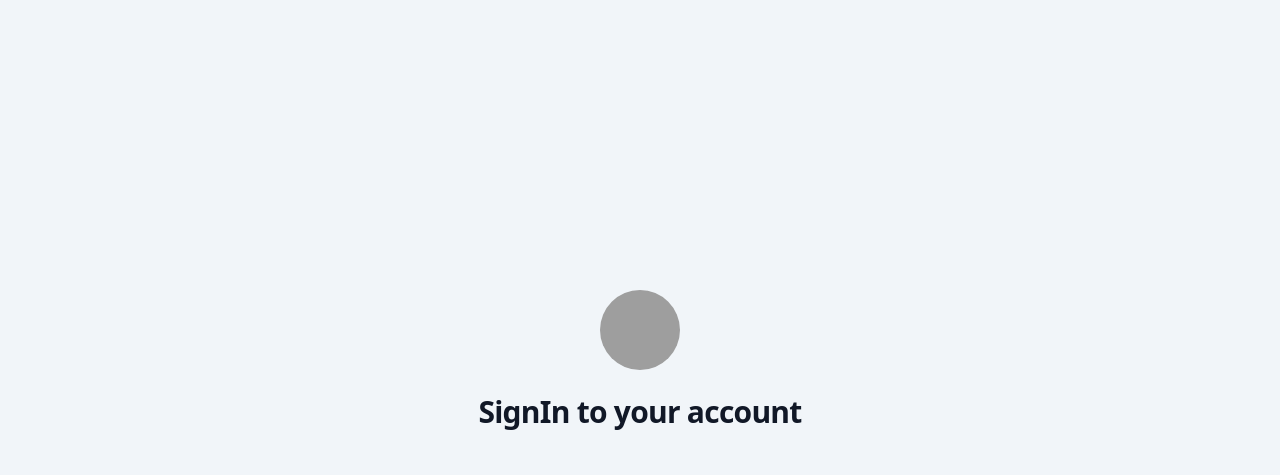
Repository: zecht12/zechtchat
Page: /
The author's editor kept a copy of each file at every save. The page is drawn from the files as they stood at one save, then again after a run of saves.
The browser window is 1280 px wide. The pictures show the whole page.
Pictures or frames that could not be fetched are drawn as grey boxes. The project was rebuilt for these pictures with package versions that can differ from the ones it lists, and the page was loaded fresh each time. The framework's server and built-in components were replaced by stand-ins that run in the browser. Also part of the build but not shown: next.config.js.

Above is the page before, as saved 2023-05-15 08:41:33.

After the next 4 saves:
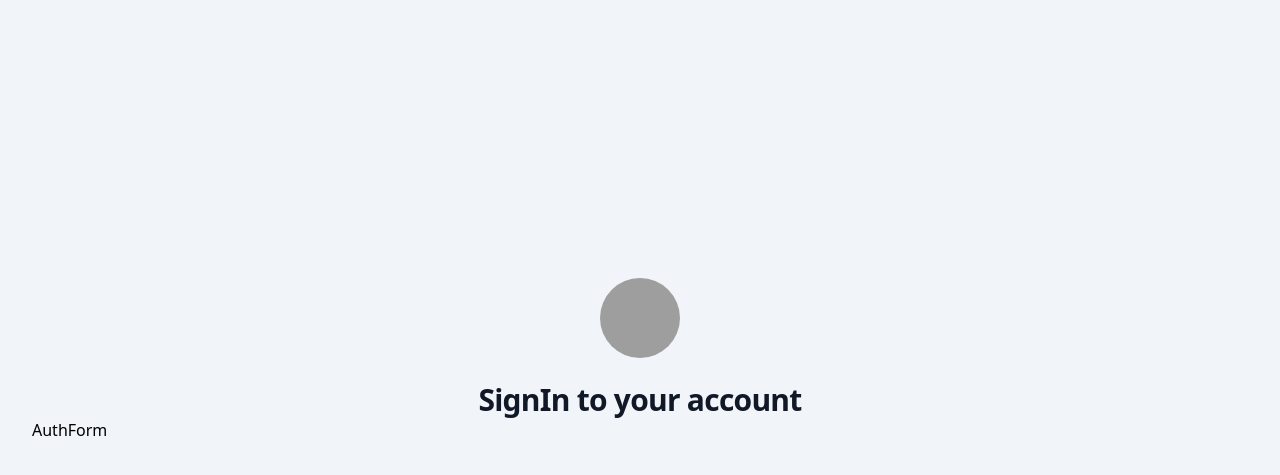
The 4 saves are shown as one change because they came seconds apart.
The last was saved 20 s later.
--- a/app/(site)/page.tsx
+++ b/app/(site)/page.tsx
@@ -1,5 +1,6 @@
 import Image from "next/image";
 import Link from "next/link";
+import { AuthForm } from "./components/AuthForm";
 
 export default function Home() {
   return (
@@ -12,7 +13,7 @@
           </h2>
         </Link>
       </div>
-
+      <AuthForm/>
     </div>
   )
 }
